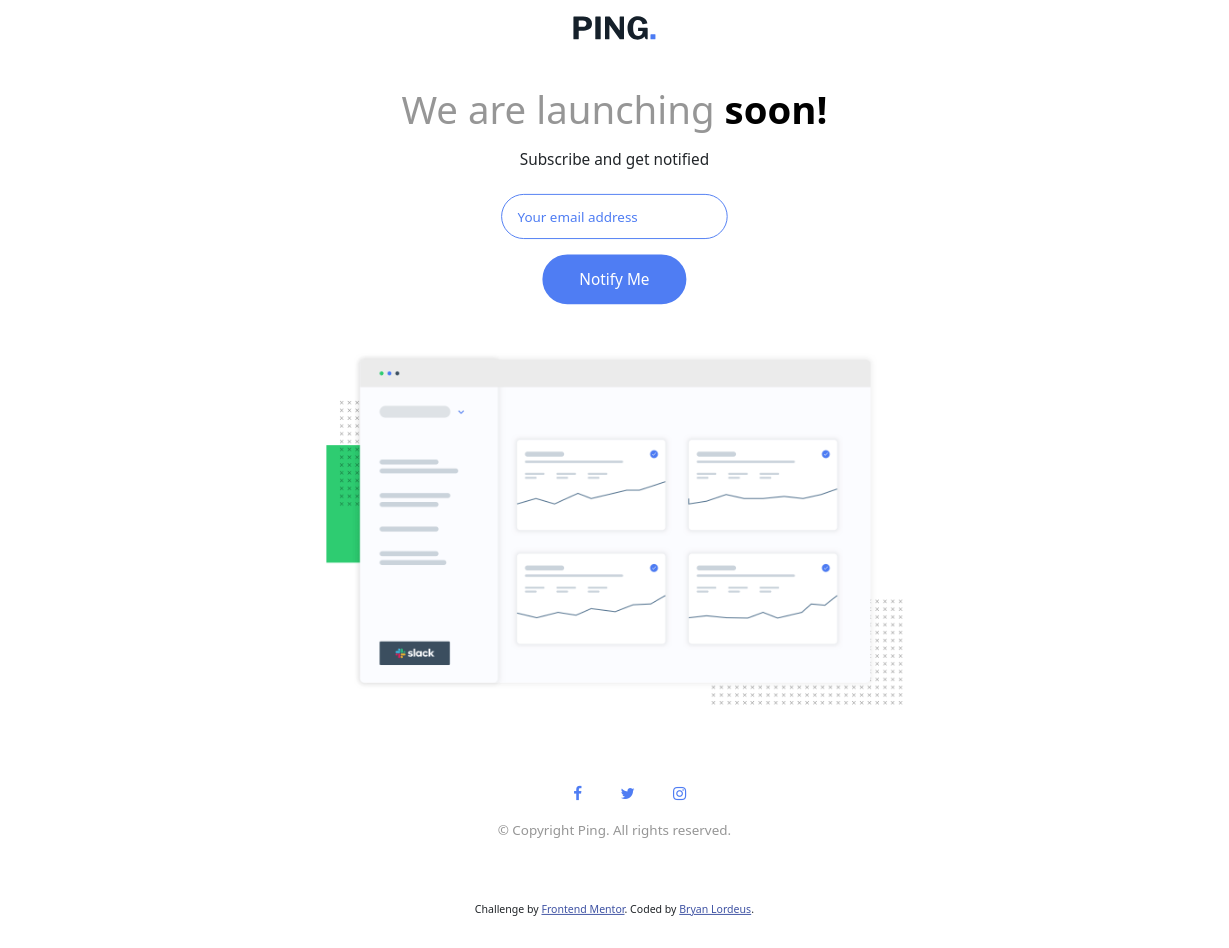
Repository: blordeus/ping-coming-soon-page-master
Page: index.html
These files come from the project's save history. The page is drawn as it stood at one moment and after a run of saves; the edit follows.
The browser window is 1280 px wide. The pictures show the whole page, at 96% of full size.
The pointer rests on the first visible `button`.
The style sheet was rebuilt from its Sass, Less or Tailwind sources for each picture, by a compiler version that may differ from the author's.

Above is the page before, as saved 2023-08-31 12:10:49.

### index.html
<!DOCTYPE html>
<html lang="en">
<head>
  <meta charset="UTF-8">
  <meta name="viewport" content="width=device-width, initial-scale=1.0"> <!-- displays site properly based on user's device -->

  <link rel="icon" type="image/png" sizes="32x32" href="./images/favicon-32x32.png">
  <link rel="stylesheet" href="style.css">
  <link href="https://cdn.jsdelivr.net/npm/bootstrap@5.3.1/dist/css/bootstrap.min.css" rel="stylesheet" integrity="sha384-4bw+/aepP/YC94hEpVNVgiZdgIC5+VKNBQNGCHeKRQN+PtmoHDEXuppvnDJzQIu9" crossorigin="anonymous">
  <link rel="stylesheet" href="https://maxcdn.bootstrapcdn.com/font-awesome/4.7.0/css/font-awesome.min.css">

  <title>Frontend Mentor | Ping coming soon page</title>


</head>
<body>
  <main class="text-center my-3 mx-4">
    <header>
      <img class="mb-5" src="./images/logo.svg" alt="logo">
    </header>

    <section>
      <h1 class="gray-color">We are launching <strong class="text-black">soon!</strong></h1>
      <p class="mt-3 mb-4">Subscribe and get notified</p>
    </section>


    <div>
      <form action="" class="">
        <input
        class="rounded-pill px-3"
        type="email"
        placeholder="Your email address"
        id="email"
        autocomplete="off"
        required>
      </form>
      <button class="mt-3 rounded-pill text-white ">Notify Me</button>
    </div>

    <section class="showcase">
      <img src="./images/illustration-dashboard.png" alt="dashboard">
    </section>

    <div class="icons">
      <ul>
        <li><i class="fa fa-facebook" aria-hidden="true"></i></li>
        <li><i class="fa fa-twitter" aria-hidden="true"></i></li>
        <li><i class="fa fa-instagram" aria-hidden="true"></i></li>
      </ul>
    </div>

    <p class="gray-color copyright">&copy; Copyright Ping. All rights reserved.</p>

    <footer class="pt-5">
      <p class="attribution">
        Challenge by <a rel="noopener" href="https://www.frontendmentor.io?ref=challenge" target="_blank">Frontend Mentor</a>.
        Coded by <a href="#">Bryan Lordeus</a>.
      </p>
    </footer>
  </main>
  <script src="https://cdn.jsdelivr.net/npm/bootstrap@5.3.1/dist/js/bootstrap.bundle.min.js" integrity="sha384-HwwvtgBNo3bZJJLYd8oVXjrBZt8cqVSpeBNS5n7C8IVInixGAoxmnlMuBnhbgrkm" crossorigin="anonymous"></script>
</body>
</html>

### style.scss
  @import url('https://fonts.googleapis.com/css2?family=Libre+Franklin:wght@300;600;700&display=swap');

:root {
    --very-dark-blue: hsl(209, 33%, 12%);
    --dark-gray: hsl(0, 0%, 59%);
    --blue: hsl(223, 87%, 63%);
    --light-red: hsl(354, 100%, 66%);
    --pale-blue: hsl(223, 100%, 88%);
}

* {
    box-sizing: border-box;
    margin: 0;
    padding: 0;
}

body {
    font-size: 20px;
    font-family: 'Libre Franklin', sans-serif;
    min-height: 100vh;
    display: flex;
    flex-direction: column;
    justify-content: center;
    align-items: center;
}

img {
    max-width: 100%;
}

ul {
    list-style: none;
}

.heading h1 {
    font-weight: 300;
}

.heading h1 span {
    font-weight: 700;
}

form {
    width: 300px;
    margin: auto;
}

form input {
    width: 100%;
    padding: 8px;
    font-family: inherit;
    font-size: 14px;
    color: var(--blue);
    border: 1px solid var(--blue);
    outline: none;
}

form input::placeholder {
    color: var(--blue);
}

button {
    width: 300px;
    padding: 8px;
    background-color: var(--blue);
    font-family: inherit;
    border: 2px solid var(--blue);
    cursor: pointer;
}

button:hover {

}

.gray-color {
    color: var(--dark-gray);
}

.showcase {
    padding: 50px 20px 80px;
}

.icons ul {
    display: flex;
    justify-content: center;
    align-items: center;
}

.icons ul li {
    margin: 0 20px;
    color: var(--blue)
}

.copyright {
    font-size: 14px;
}

  .attribution { font-size: 11px; text-align: center; }
  .attribution a { color: hsl(228, 45%, 44%); }

  @media (min-width: 700px) {
    .heading h1 {
        font-size: 36px;
    }

    .heading form {
        width: auto;
    }

    form input, button {
        width: auto;
        padding: 12px 20px;
    }

    button {
        width: 150px;
    }

    .showcase img {
        width: 600px;
    }
  }

After the next 6 saves:
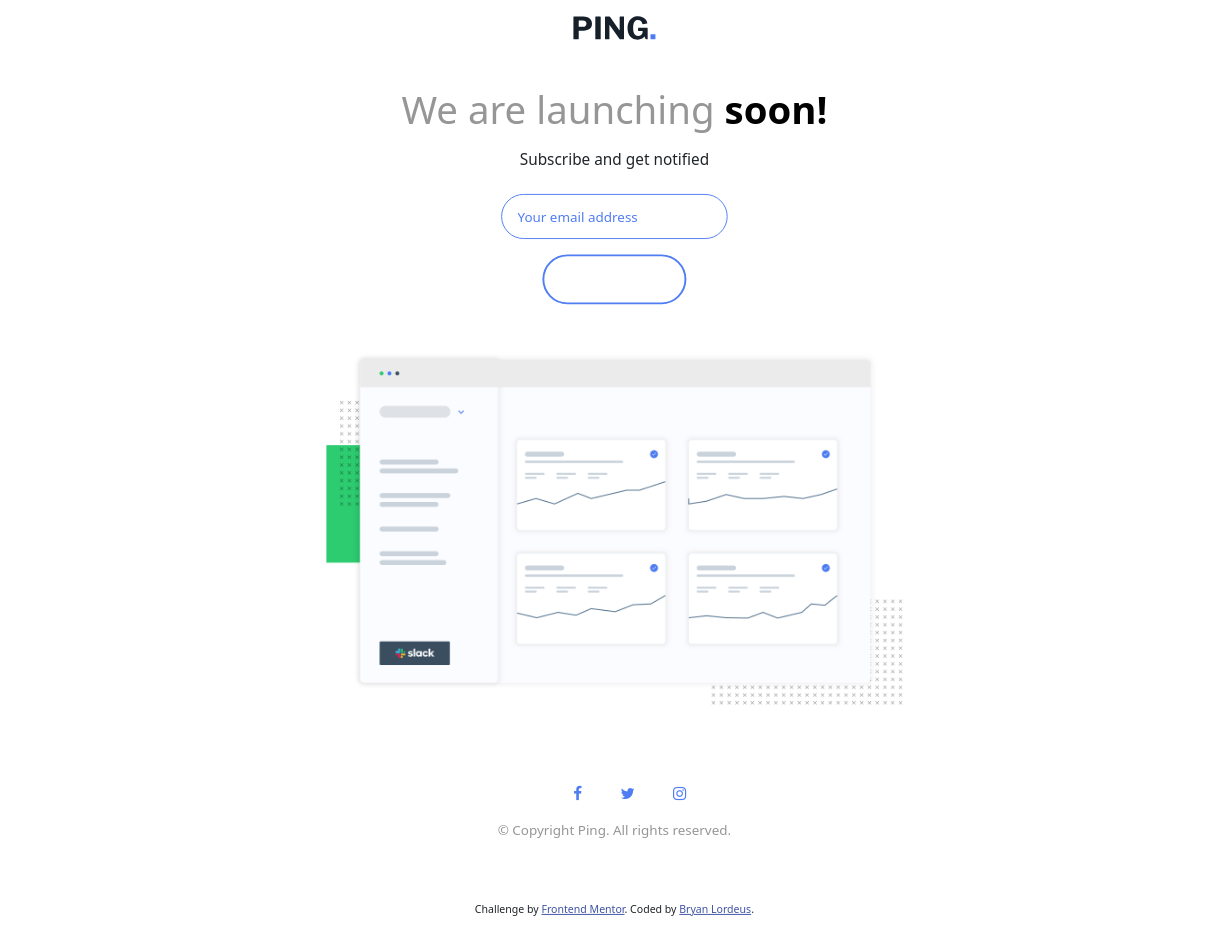
The 6 saves are shown as one change because they came seconds apart.
The last was saved 18 s later.
--- a/style.scss
+++ b/style.scss
@@ -69,7 +69,9 @@
 }
 
 button:hover {
-
+    cursor: pointer;
+    background-color: transparent;
+    color: var(--blue);
 }
 
 .gray-color {
